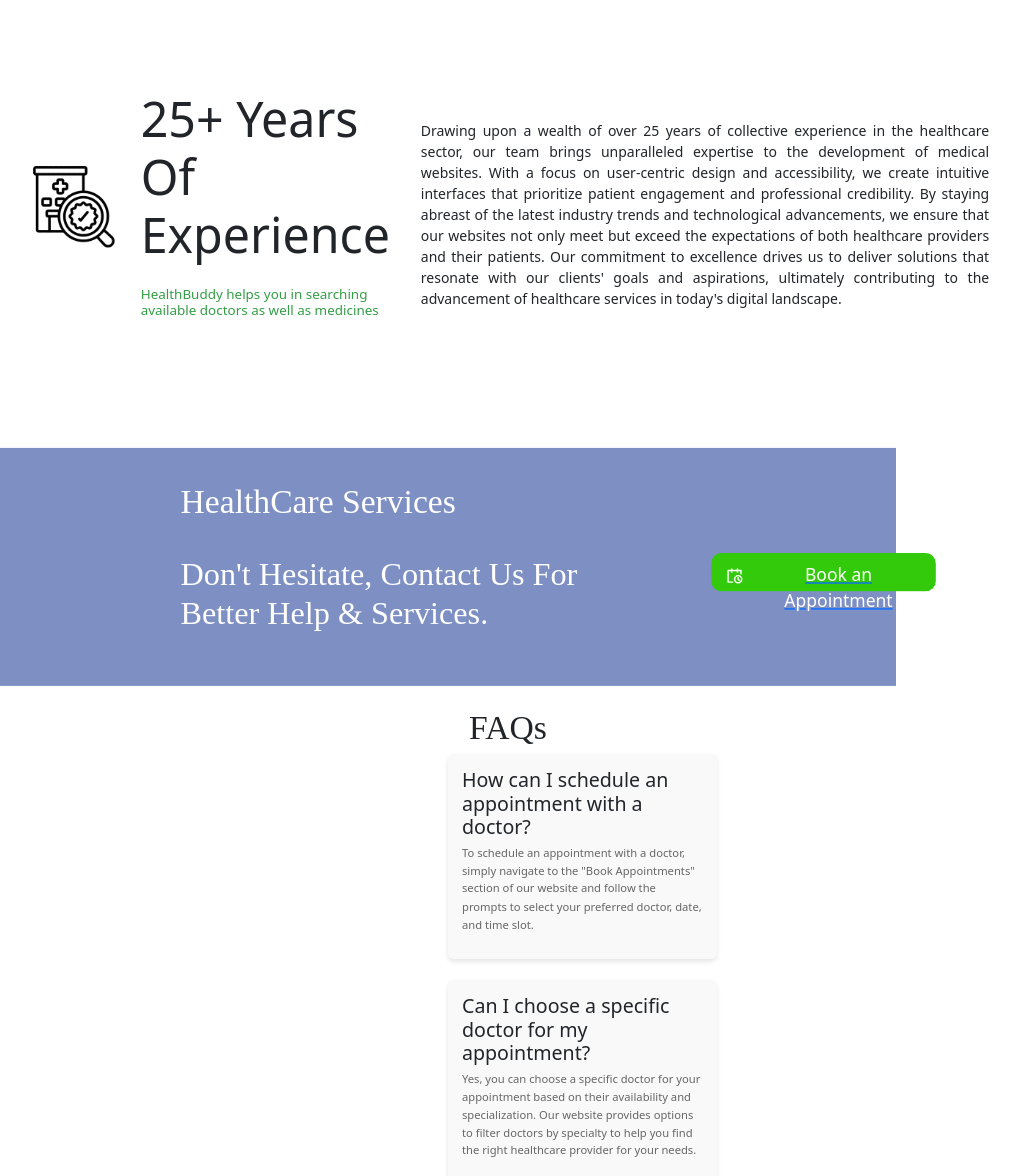
Repository: WajihaGul/MedicalApp-Frontend
Page: /
The author's editor kept a copy of each file at every save. The page is drawn from the files as they stood at one save, then again after the next save.
The browser window is 1280 px wide. The page is 1457 px wide, so the pictures cover 1457 px, including what lies to the right of the window. The pictures show the part of the page from y = 1387 to 3067 px (the page is 4527 px tall), at 70% of full size.
The project was rebuilt for these pictures with package versions that can differ from the ones it lists, and the page was loaded fresh each time. Also part of the build but not shown: vite.config.js, src/index.css, src/App.css, src/Components/PharmacyGrid/PharmacyGrid.module.css, src/Components/DeletePopup/DeletePopup.module.css, src/Components/DeletePopup/DeletePopup.jsx, src/Components/PharmacyGrid/PharmacyGrid.jsx, src/Pages/Pharmacy.jsx and 38 more.

Above is the page before, as saved 2024-06-09 12:57:16.

After the next save:
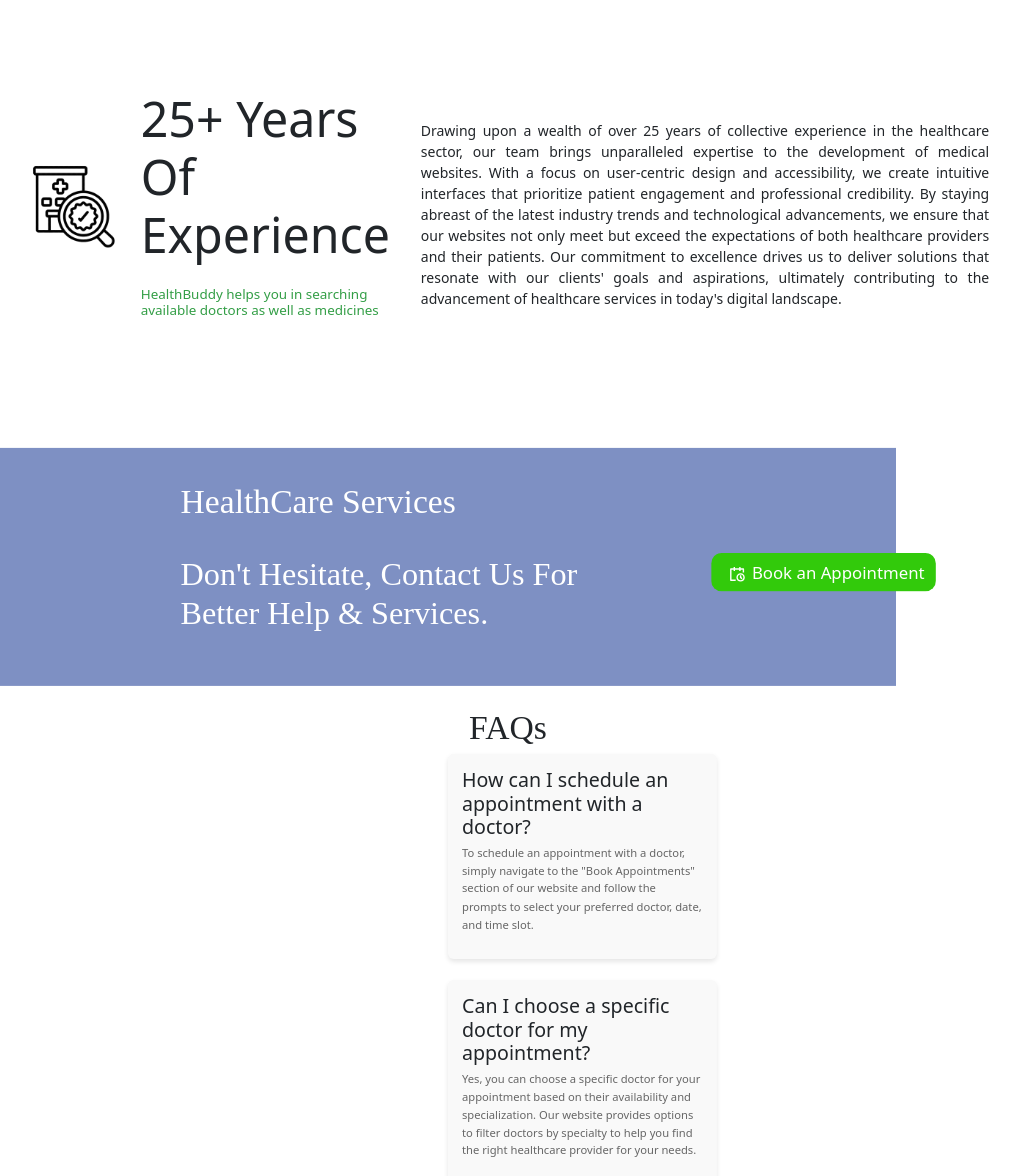
Saved 62 s later.
--- a/src/Components/MakeAppointment/MakeAppointment.module.css
+++ b/src/Components/MakeAppointment/MakeAppointment.module.css
@@ -46,17 +46,14 @@ flex-direction: row;
     height: 55px;
     width: 321px;
     border-color: transparent;
-    /* font-size: large; */
+    font-size: x-large;
     border-radius: 15px;
     background-color: #32ca0b;
     color: white;
-    display: flex;
-    flex-direction: row;
     padding-left: 10px;
     padding-right: 10px;
-    padding-top: 10px;
-    padding-bottom: 10px;
-    font-size: 25px;
+    padding-top: 8px;
+    padding-bottom: 8px
 }
 
 .micon{
